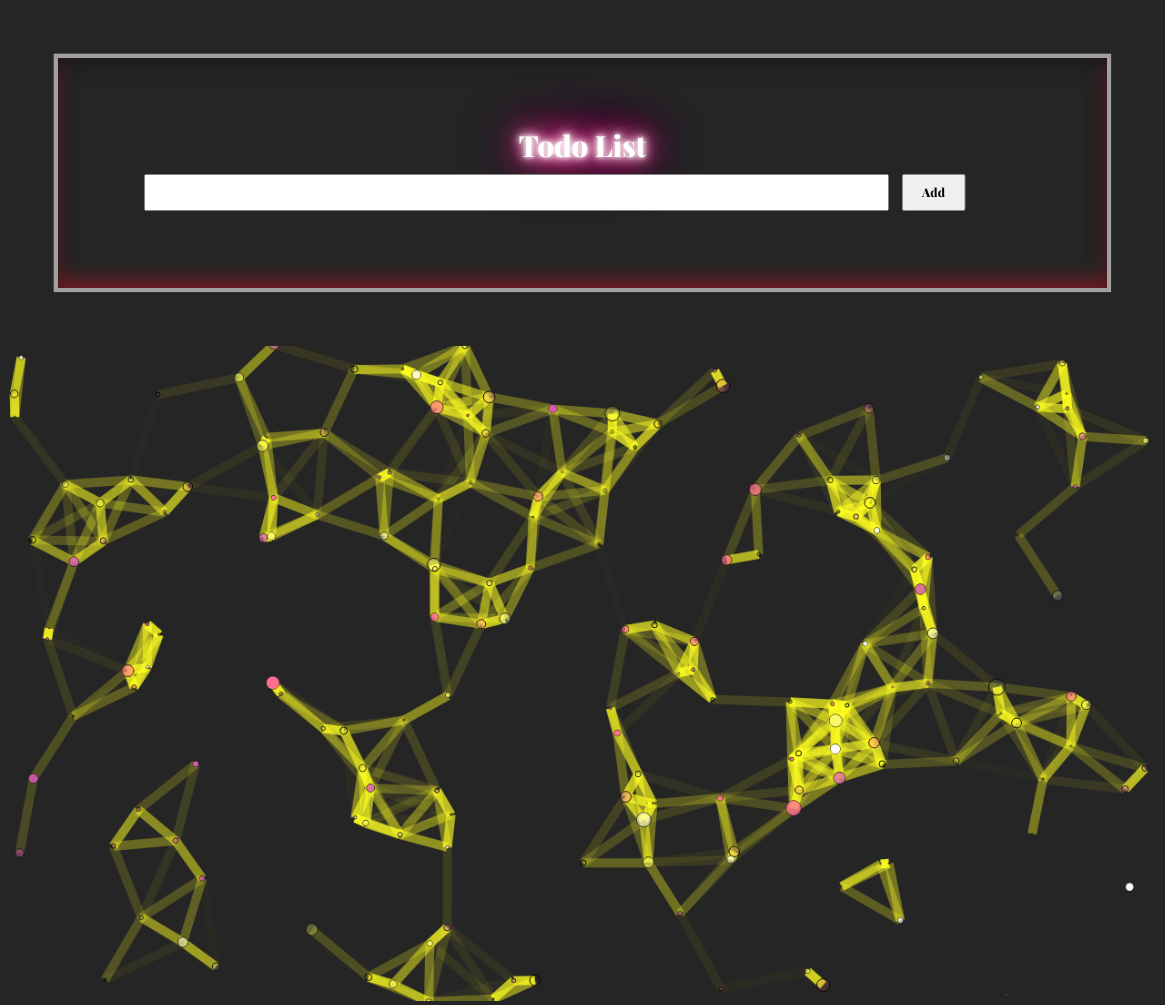
Repository: TENSAEA/----todo
Page: index.html
The author's editor kept a copy of each file at every save. The page is drawn from the files as they stood at one save, then again after the next save.
The browser window is 1280 px wide. The pictures show the whole page, at 91% of full size.
Some web fonts or font styles are not loaded; a fallback is used.

Above is the page before, as saved 2023-10-12 22:29:00.

### index.html
<!DOCTYPE html>
<html lang="en">
  <head>
    <meta charset="UTF-8" />
    <meta name="viewport" content="width=device-width, initial-scale=1.0" />
    <title>TodoList</title>
    <link rel="stylesheet" href="style.css" />
  </head>
  <body>
    <div id="particle">
      <div class="container">
        <h1>Todo List</h1>
        <div class="header">
          <form class="form">
            <input type="text" id="add" />
            <label for="add"><button id="addBtn">Add</button></label>
          </form>
        </div>
        <div class="list-div">
          <!-- <div class="list-hide">
          <ul class="list">
            <li>
              <input class="list-text" type="text" id="edit" readonly />
              <label for="edit">
                <button class="edit">Edit</button
                ><button class="delete">Delete</button>
              </label>
            </li>
          </ul>
        </div> -->
        </div>
      </div>
    </div>
    <script src="particles.js"></script>
    <script src="https://cdn.jsdelivr.net/npm/particles.js@2.0.0/particles.min.js"></script>
    <script src="script.js"></script>
  </body>
</html>

### style.css
@import url('https://fonts.googleapis.com/css2?family=Bungee+Spice&family=Playfair+Display:wght@800&display=swap');

*{
   box-sizing:border-box;
   margin:0;
   padding:0;
   font-family: 'Bungee Spice', sans-serif;
font-family: 'Playfair Display', serif;}
body{
    background-color: #252525;
}

#particle{
    position: absolute;
      top: 0;
      left: 0;
      width: 100%;
      height: 100%;
      z-index: 2;

}

.container{
    -webkit-box-shadow: 0px 0px 0px 5px #A0A0A0, inset 0px 10px 27px -8px #141414, inset 0px -10px 27px -8px #A31925, 5px 5px 15px 5px rgba(0,0,0,0);
box-shadow: 0px 0px 0px 5px #A0A0A0, inset 0px 10px 27px -8px #141414, inset 0px -10px 27px -8px #A31925, 5px 5px 15px 5px rgba(0,0,0,0);
    display: flex;
    flex-direction: column;
    padding: 5%;
    margin:5%
}

.container h1{
    padding:10px;
    text-align:center;
    color: #FFFFFF;
text-shadow: #FFF 0px 0px 5px, #FFF 0px 0px 10px, #FFF 0px 0px 15px, #FF2D95 0px 0px 20px, #FF2D95 0px 0px 30px, #FF2D95 0px 0px 40px, #FF2D95 0px 0px 50px, #FF2D95 0px 0px 75px;
color: #FFFFFF;


}

.header{
    padding-bottom: 20px;
}

#add{
    padding: 10px;
    width:80%;
    margin-left:30px;
}
.form label button{
    padding:10px;
    width:70px;
    margin-left:10px;
    cursor: pointer;
}

.list{
    padding-bottom: 20px;
}

.list li{
    list-style-type: none;
}

.list-div .list li .list-text{
    padding: 10px;
    width:60%;
    margin-left:60px;
}
.edit,.delete{
    padding:10px;
    width:70px;
    margin-left:10px;
    cursor: pointer;
}

@media (max-width:636px){
    .form label button{
        padding:10px;
        width:70px;
        margin:3% 40%;
        cursor: pointer;
    }
    .edit,.delete{
        padding:10px;
        width:70px;
        margin:2% 38%;
        cursor: pointer;
    }
    }

### particles.js
var config = {
  particles: {
    number: {
      value: 150,

      density: {
        enable: true,
        value_area: 786,
      },
    },
    color: {
      value: ["#ffffff", "#FF6F91", "#F9F871", "#D65DB1"],
    },
    shape: {
      type: "circle",
      stroke: {
        width: 1,
        color: "#000000",
      },
      polygon: {
        nb_sides: 12,
      },
      image: {
        src: "",
        width: 100,
        height: 100,
      },
    },
    opacity: {
      value: 1,
      random: true,
      anim: {
        enable: true,
        speed: 1,
        opacity_min: 0,
        sync: false,
      },
    },
    size: {
      value: 10,
      random: true,
      anim: {
        enable: true,
        speed: 3,
        size_min: 0.3,
        sync: false,
      },
    },
    line_linked: {
      enable: true,
      distance: 100,
      color: "#ff2",
      opacity: 1,
      width: 10,
    },
    move: {
      enable: true,
      speed: 1.3,
      direction: "top",
      random: true,
      straight: true,
      out_mode: "out",
      bounce: false,
      attract: {
        enable: true,
        rotateX: 2082.2488,
        rotateY: 3363.6328,
      },
    },
  },
  interactivity: {
    detect_on: "canvas",
    events: {
      onhover: {
        enable: true,
        mode: "grab",
      },
      onclick: {
        enable: true,
        mode: "repulse",
      },
      resize: true,
    },
    modes: {
      grab: {
        distance: 70,
        line_linked: {
          opacity: 0.5,
        },
      },
      bubble: {
        distance: 100,
        size: 5,
        duration: 8.598243,
        opacity: 0,
        speed: 3,
      },
      repulse: {
        distance: 150,
        duration: 0.8,
      },
      push: {
        particles_nb: 4,
      },
      remove: {
        particles_nb: 2,
      },
    },
  },
  retina_detect: true,
};

window.onload = function () {
  let clause = window.innerWidth < 768;
  config.particles.number.value = clause ? 80 : 150;
  particlesJS("particle", config);
};

### script.js
window.addEventListener("load", () => {
  let addInput = document.getElementById("add");
  let addBtn = document.getElementById("addBtn");

  addBtn.addEventListener("click", (e) => {
    e.preventDefault();
    console.log("clicked");
    let list = document.querySelector(".list-div");
    let ul = document.createElement("ul");
    ul.classList.add("list");
    let li = document.createElement("li");
    ul.appendChild(li);
    let input = document.createElement("input");
    input.classList.add("list-text");
    input.type = "text";
    input.id = "edit";
    input.setAttribute("readonly", "readonly");
    input.value = addInput.value;
    li.appendChild(input);

    let label = document.createElement("label");
    label.setAttribute("for", "edit");
    li.appendChild(label);
    let buttonOne = document.createElement("button");
    buttonOne.classList.add("edit");
    buttonOne.textContent = "Edit";
    label.appendChild(buttonOne);
    let buttonTwo = document.createElement("button");
    buttonTwo.classList.add("delete");
    buttonTwo.textContent = "Delete";
    label.appendChild(buttonTwo);

    let listHide = document.createElement("div");
    listHide.classList.add("list-hide");

    listHide.appendChild(ul);
    list.appendChild(listHide);

    buttonOne.addEventListener("click", () => {
      if (buttonOne.textContent.toLowerCase() == "edit") {
        input.removeAttribute("readonly");
        buttonOne.textContent = "Save";
        input.focus();
      } else {
        input.setAttribute("readonly", "readonly");
        buttonOne.textContent = "Edit";
      }
    });

    buttonTwo.addEventListener("click", () => {
      list.removeChild(listHide);
    });
  });
});

After the next save:
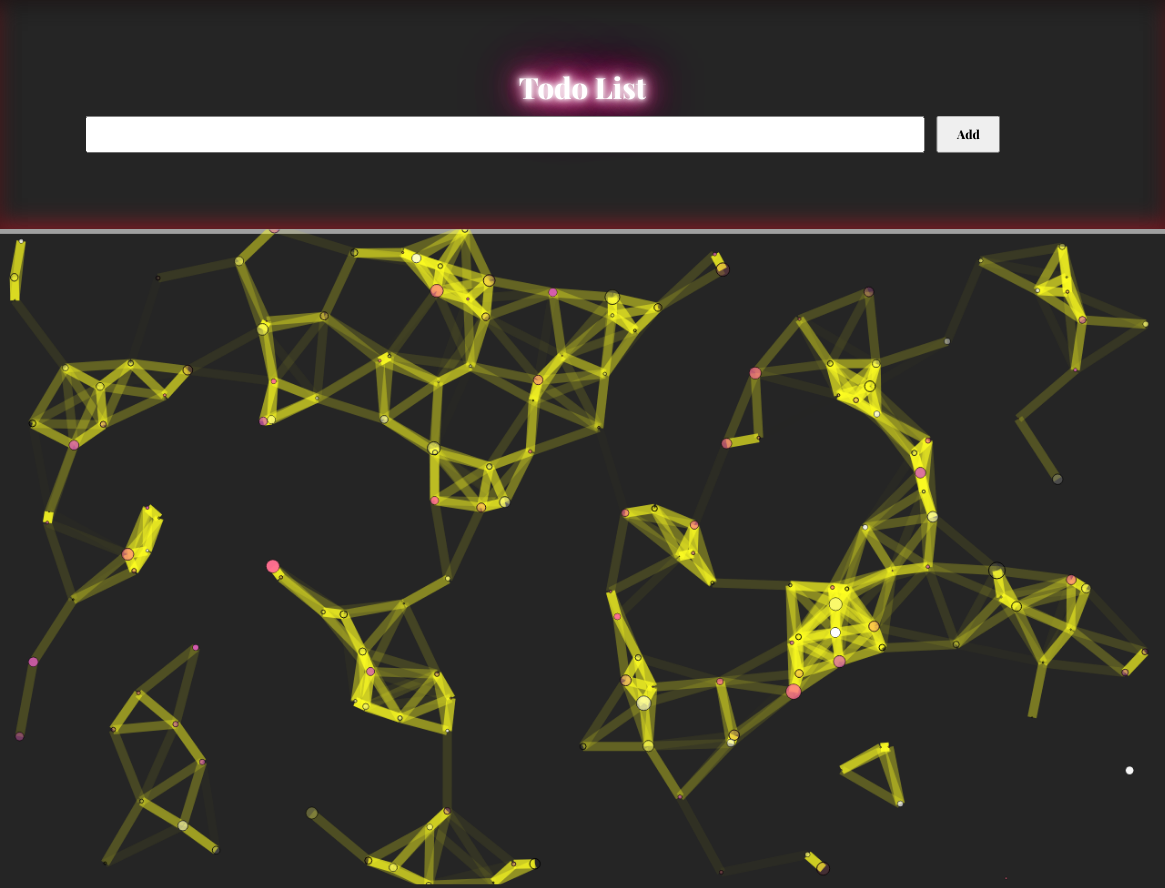
Saved 84 s later.
--- a/style.css
+++ b/style.css
@@ -16,7 +16,7 @@ body{
       left: 0;
       width: 100%;
       height: 100%;
-      z-index: 2;
+      background-size: cover;
 
 }
 
@@ -26,7 +26,6 @@ box-shadow: 0px 0px 0px 5px #A0A0A0, inset 0px 10px 27px -8px #141414, inset 0px
     display: flex;
     flex-direction: column;
     padding: 5%;
-    margin:5%
 }
 
 .container h1{
